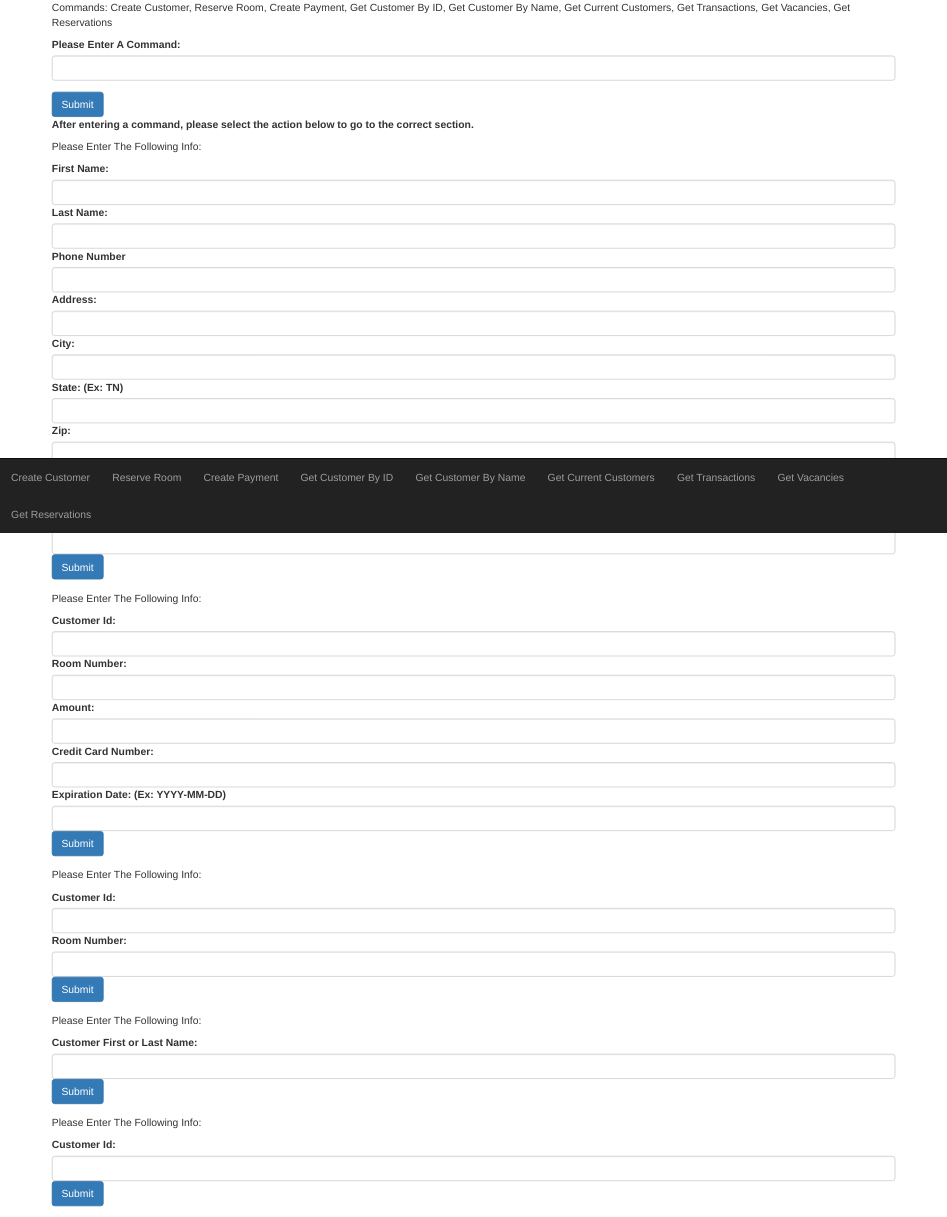
Repository: kddean/PA2
Page: Hotel Reservation System - Single Page/WebContent/HRS.html
An editor plug-in stored every save of this project. The page is shown before and after the next save, followed by the edit.
The browser window is 1280 px wide. The pictures show the whole page, at 74% of full size.

Above is the page before, as saved 2016-04-08 03:40:15.

After the next save:
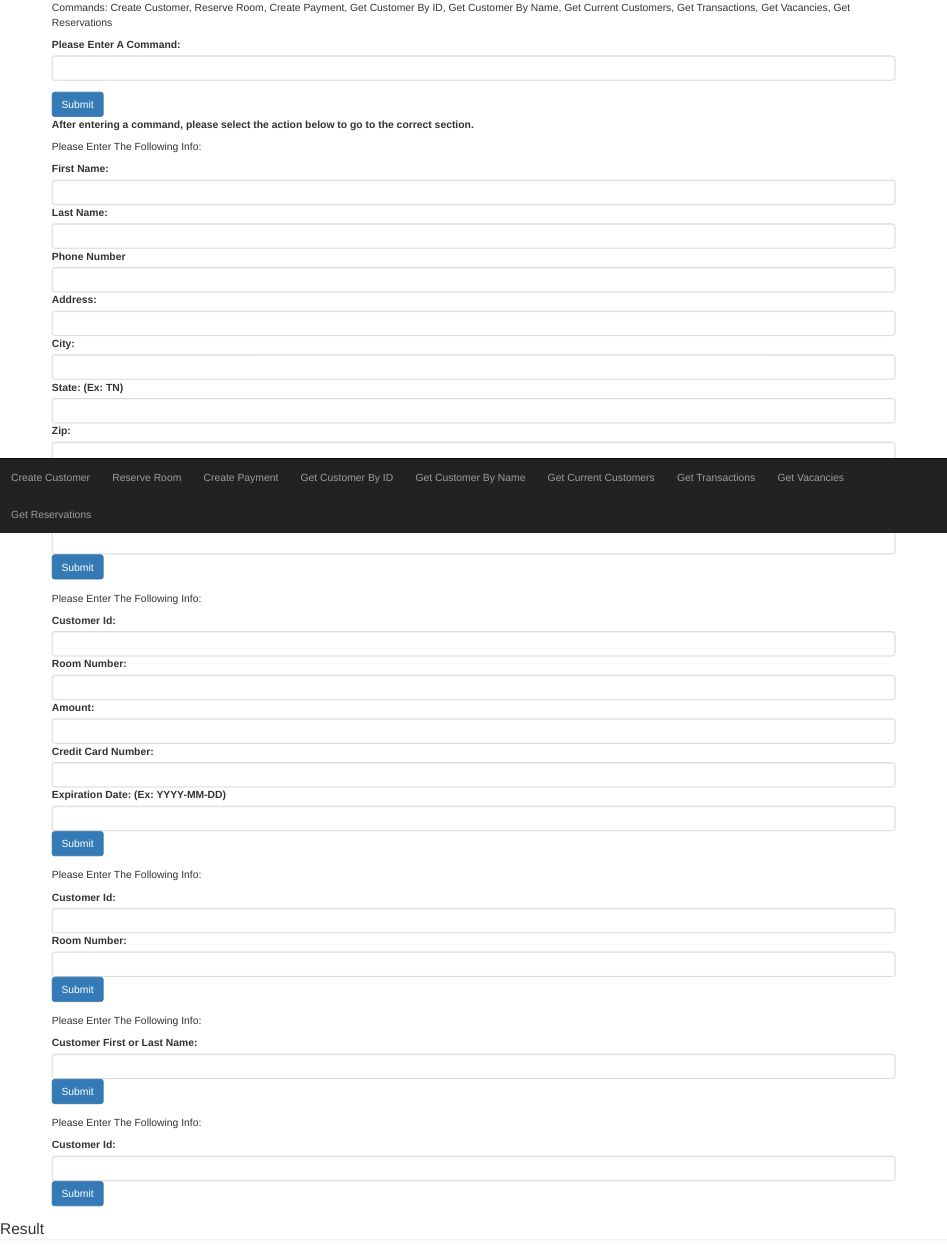
Saved 2 min 15 s later.
--- a/Hotel Reservation System - Single Page/WebContent/HRS.html
+++ b/Hotel Reservation System - Single Page/WebContent/HRS.html
@@ -124,14 +124,17 @@
 	</div>
 	<!-- 	<script src="HRS.js"></script> -->
 
-
-
-	<!-- <div id="sec">
-        <fieldset>
+<div id="sec">
+        <form >
+
             <legend id="ajaxResponse">Result</legend>
                  <div id="ajaxResponse"></div>
-        </fieldset>
-    </div>  -->
+
+       </form>
+    </div>
+
+
+
 	<script>
 		/* $(#cusub).click(function(){
 		 $.ajax({
